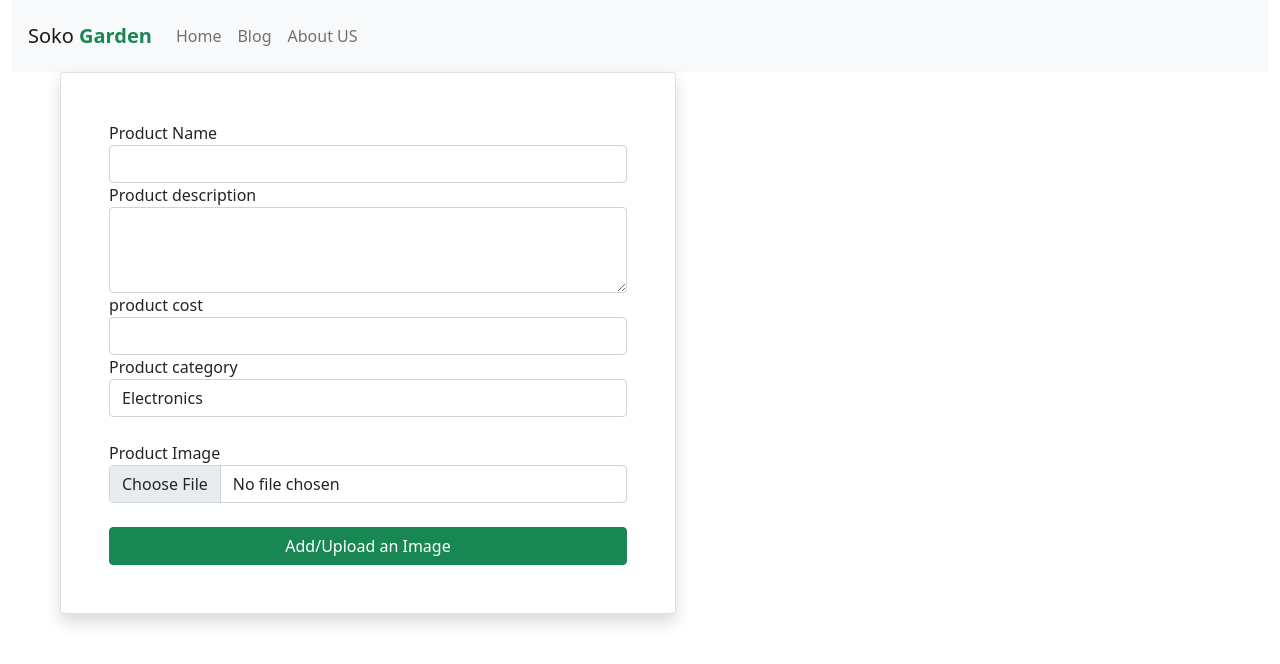
Repository: shanicenaliakanyongesa/Shanice
Page: http://localhost/upload
The author's editor kept a copy of each file at every save. The page is drawn from the files as they stood at one save, then again after the next save.
The browser window is 1280 px wide. The pictures show the whole page.
The page is served by the project's application, run on Flask 3 (app.py).

Above is the page before, as saved 2024-02-16 15:12:26.

After the next save:
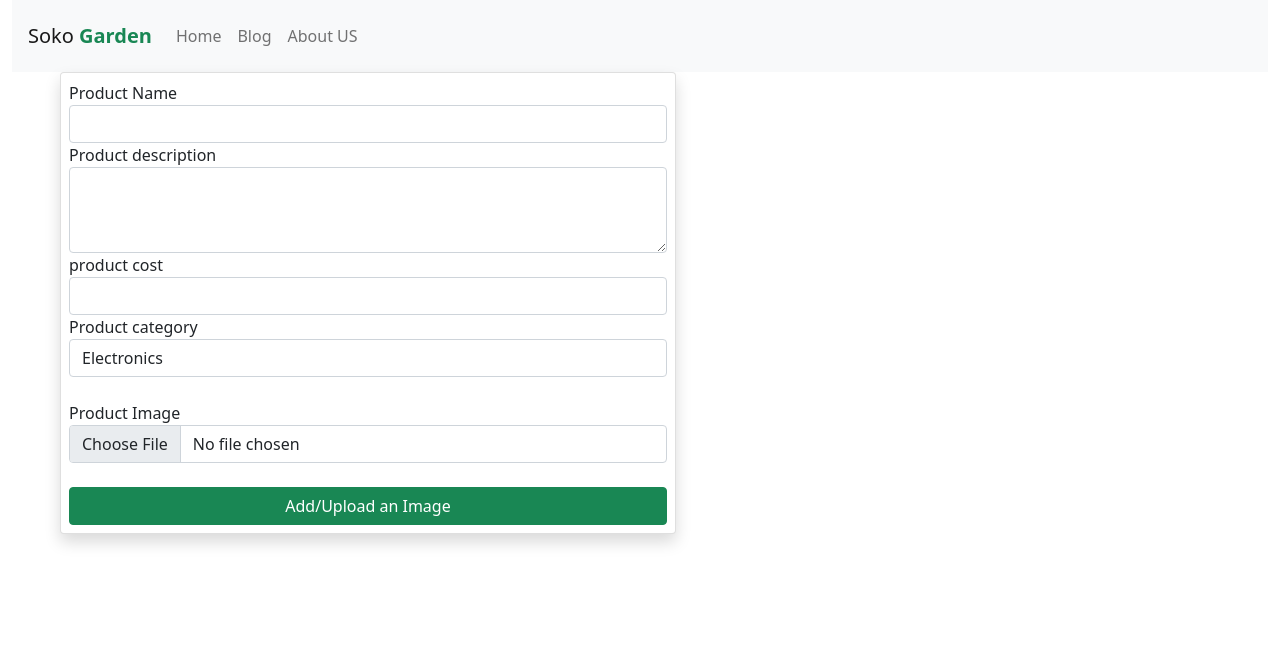
Saved 9 s later.
--- a/Desktop/shaniceflask/templates/upload.html
+++ b/Desktop/shaniceflask/templates/upload.html
@@ -11,7 +11,7 @@
         {% include 'navbar.html' %}
         <section class="row">
             <div class="col-md-6 ms-5">
-                <div class="card shadow p-5">
+                <div class="card shadow p-2">
                     <label for="">Product Name</label>
                     <input type="text" name="product_name" id="" class="form-control" required >
                     <label for="">Product description</label>
